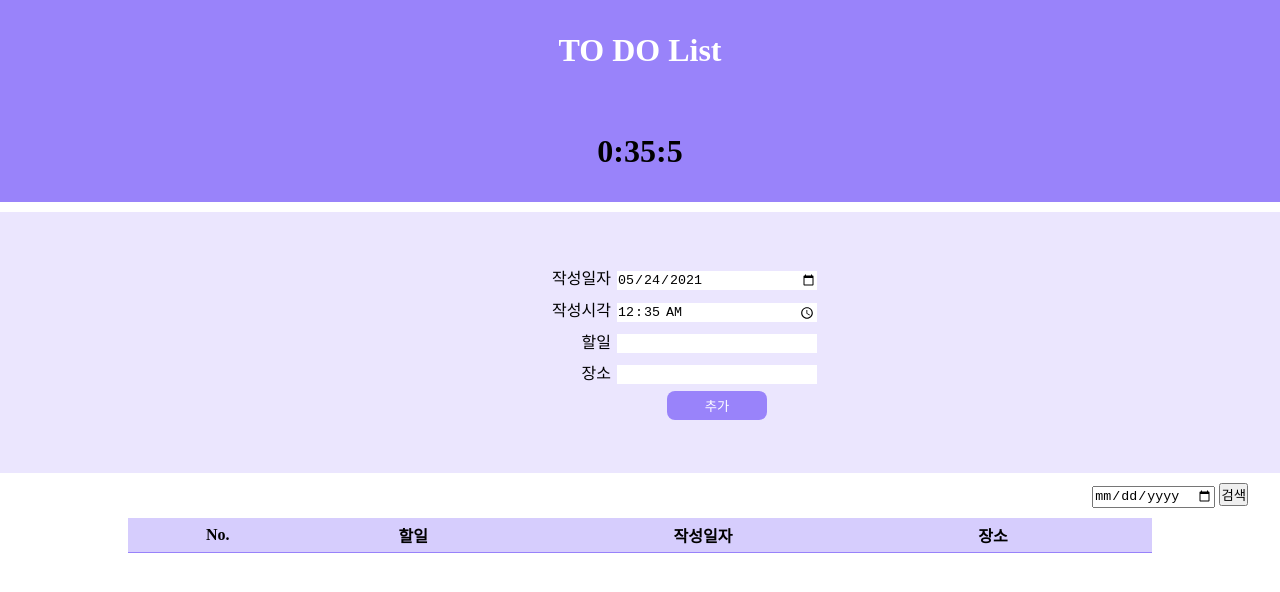
Repository: soyeon-noh/TodoList_Project
Page: http://localhost/Server_PR_TodoList/
The author's editor kept a copy of each file at every save. The page is drawn from the files as they stood at one save, then again after the next save.
The browser window is 1280 px wide. The pictures show the whole page.
The page is served by Tomcat 9. Queries for data that is not in the repository find no rows.

Above is the page before, as saved 2021-05-25 05:09:09.
Console error: SyntaxError: missing ) after argument list

After the next save:
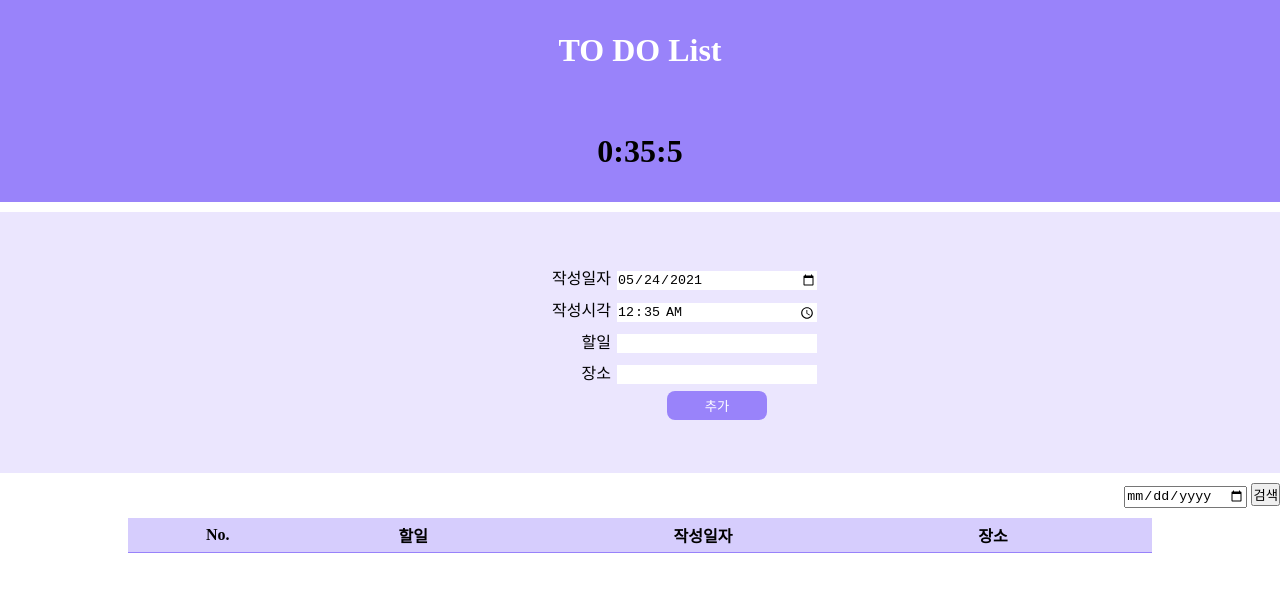
Saved 99 s later.
--- a/Server_PR_TodoList/src/main/webapp/static/css/home.css
+++ b/Server_PR_TodoList/src/main/webapp/static/css/home.css
@@ -55,7 +55,6 @@ form.v1 div button{
 /* 여기왜안됨*/
 div.select{
 	text-align: right;
-	padding-right: 2rem;
 	margin: 10px auto;
 }
 
